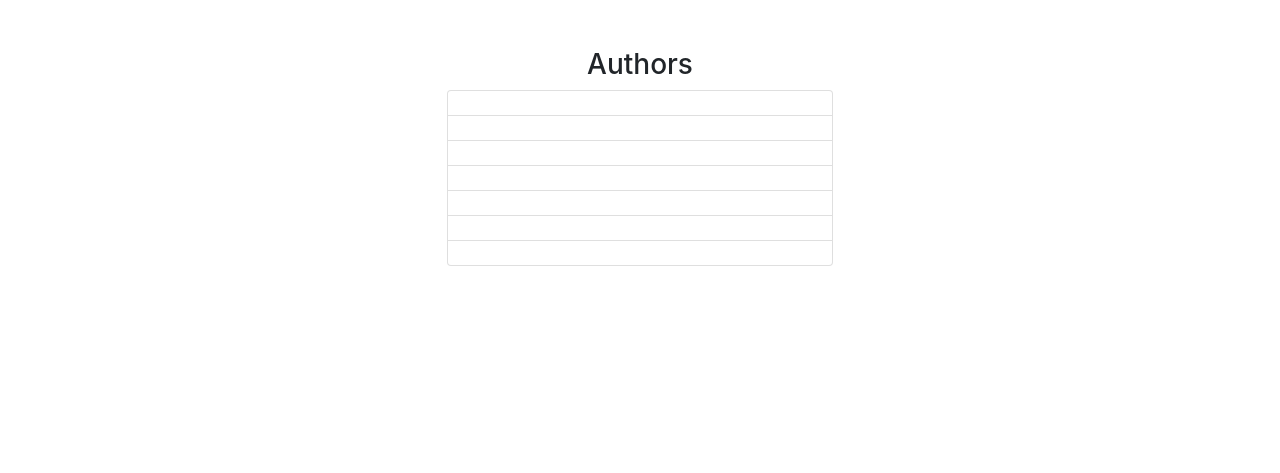
Repository: Temur-Sufiyanov/CBV
Page: http://localhost/author/
The author's editor kept a copy of each file at every save. The page is drawn from the files as they stood at one save, then again after the next save.
The browser window is 1280 px wide. The pictures show the whole page.
The page is served by the project's application, run on Django 5.2 (manage.py). The page reads the database file committed with the project.

Above is the page before, as saved 2024-12-19 16:14:32.

After the next save:
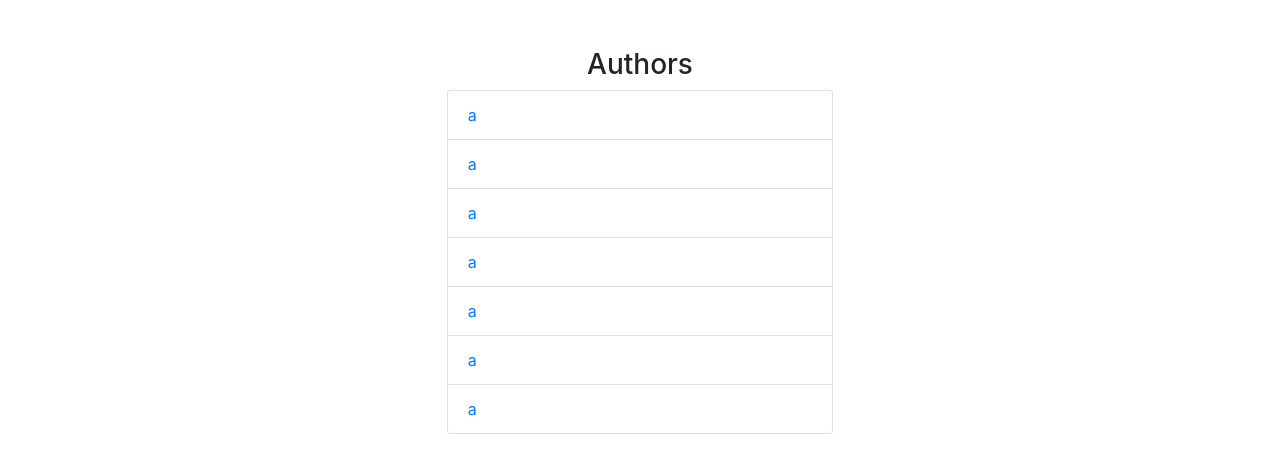
Saved 4 s later.
--- a/new_books/templates/new_books/author_list.html
+++ b/new_books/templates/new_books/author_list.html
@@ -11,7 +11,7 @@
         <ul class="list-group">
         {% for authors in authors  %}
             <li class="list-group-item">
-                <a href=""></a>
+                <a href="">a</a>
             </li>
         {% endfor %}
         </ul>

After the 5 saves that followed:
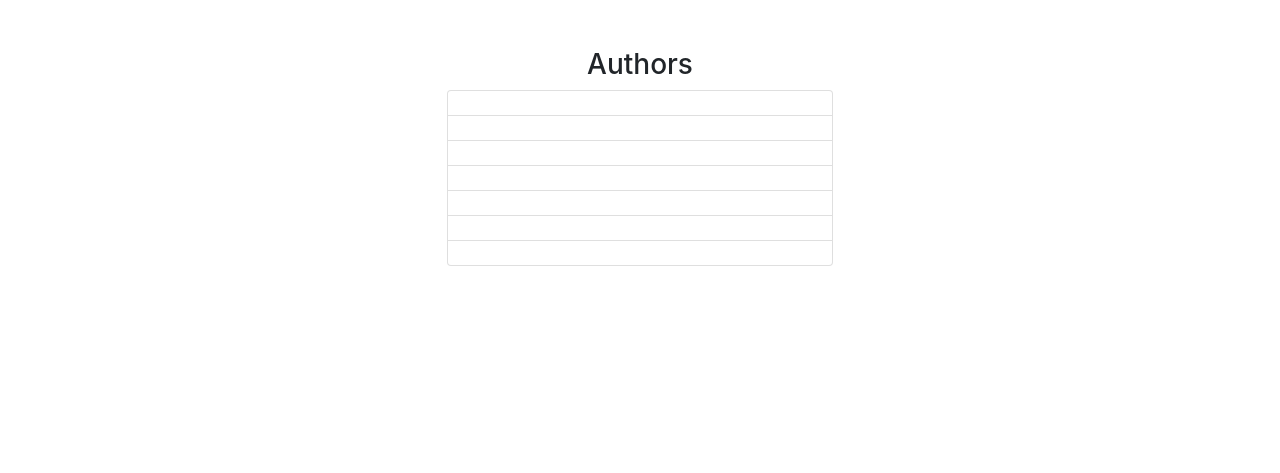
The 5 saves are shown as one change because they came seconds apart.
The last was saved 13 s later.
--- a/new_books/templates/new_books/author_list.html
+++ b/new_books/templates/new_books/author_list.html
@@ -9,9 +9,9 @@
 
     {% if authors %}
         <ul class="list-group">
-        {% for authors in authors  %}
+        {% for author in authors  %}
             <li class="list-group-item">
-                <a href="">a</a>
+                <a href="">{{ai}}</a>
             </li>
         {% endfor %}
         </ul>
